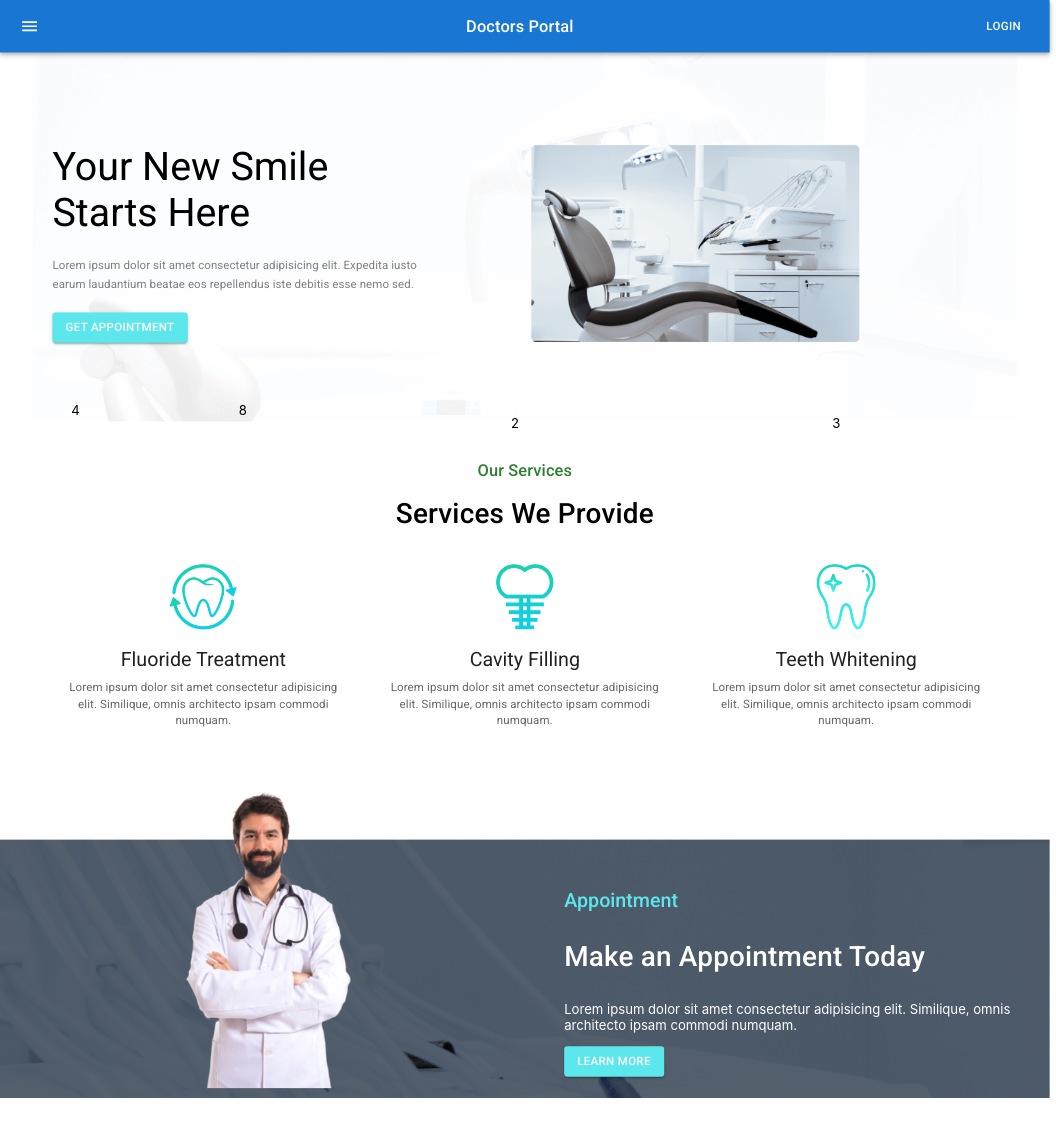
Repository: Sharif-00112/doctors-portal-client
Page: /
These files come from the project's save history. The page is drawn as it stood at one moment and after the next save; the edit follows.
The browser window is 1280 px wide. The page is 1288 px wide, so the pictures cover 1288 px, including what lies to the right of the window. The pictures show the whole page, at 82% of full size.
The project was rebuilt for these pictures with package versions that can differ from the ones it lists, and the page was loaded fresh each time.

Above is the page before, as saved 2022-11-01 23:05:41.

### public/index.html
<!DOCTYPE html>
<html lang="en">
  <head>
    <meta charset="utf-8" />
    <link rel="icon" href="%PUBLIC_URL%/favicon.ico" />
    <meta name="viewport" content="width=device-width, initial-scale=1" />
    <meta name="theme-color" content="#000000" />
    <meta
      name="description"
      content="Web site created using create-react-app"
    />
    <link
      rel="stylesheet" href="https://fonts.googleapis.com/css?family=Roboto:300,400,500,700&display=swap"
    />

    <link rel="apple-touch-icon" href="%PUBLIC_URL%/logo192.png" />
    <!--
      manifest.json provides metadata used when your web app is installed on a
      user's mobile device or desktop. See https://developers.google.com/web/fundamentals/web-app-manifest/
    -->
    <link rel="manifest" href="%PUBLIC_URL%/manifest.json" />
    <!--
      Notice the use of %PUBLIC_URL% in the tags above.
      It will be replaced with the URL of the `public` folder during the build.
      Only files inside the `public` folder can be referenced from the HTML.

      Unlike "/favicon.ico" or "favicon.ico", "%PUBLIC_URL%/favicon.ico" will
      work correctly both with client-side routing and a non-root public URL.
      Learn how to configure a non-root public URL by running `npm run build`.
    -->
    <title>React App</title>
  </head>
  <body>
    <noscript>You need to enable JavaScript to run this app.</noscript>
    <div id="root"></div>
    <!--
      This HTML file is a template.
      If you open it directly in the browser, you will see an empty page.

      You can add webfonts, meta tags, or analytics to this file.
      The build step will place the bundled scripts into the <body> tag.

      To begin the development, run `npm start` or `yarn start`.
      To create a production bundle, use `npm run build` or `yarn build`.
    -->
  </body>
</html>

### src/App.js
import './App.css';
import { BrowserRouter as Router, Route, Routes} from 'react-router-dom';
import Home from './Pages/Home/Home/Home';

function App() {
  return (
    <div className="App">
      <Router>
        {/* <Header></Header> */}
        <Routes>
          <Route exact path = '/' element={<Home/>}/>
          <Route exact path = '/home' element={<Home/>}/>
          <Route exact path = '*' element={<Home/>}/>
        </Routes>
        {/* <Footer></Footer> */}
      </Router>
    </div>
  );
}

export default App;

### src/Pages/Home/Home/Home.js
import React from 'react';
import Navigation from '../../Shared/Navigation/Navigation';
import AppointmentBanner from '../AppointmentBanner/AppointmentBanner';
import Banner from '../Banner/Banner';
import Services from '../Services/Services';

const Home = () => {
    return (
        <div>
            {/* <h2>This is Home</h2> */}
            <Navigation></Navigation>
            <Banner></Banner>
            <Services></Services>
            <AppointmentBanner></AppointmentBanner>
        </div>
    );
};

export default Home;

### src/Pages/Shared/Navigation/Navigation.js
import React from 'react';
import AppBar from '@mui/material/AppBar';
import Box from '@mui/material/Box';
import Toolbar from '@mui/material/Toolbar';
import Typography from '@mui/material/Typography';
import Button from '@mui/material/Button';
import IconButton from '@mui/material/IconButton';
import MenuIcon from '@mui/icons-material/Menu';

const Navigation = () => {
    return (
        <div>
            <Box sx={{ flexGrow: 1, pb:2 }}>
                <AppBar position="static">
                    <Toolbar>
                        <IconButton
                            size="large"
                            edge="start"
                            color="inherit"
                            aria-label="menu"
                            sx={{ mr: 2 }}
                        >
                            <MenuIcon />
                        </IconButton>
                        <Typography variant="h6" component="div" sx={{ flexGrow: 1 }}>
                            Doctors Portal
                        </Typography>
                        <Button color="inherit">Login</Button>
                    </Toolbar>
                </AppBar>
            </Box>
        </div>
    );
};

export default Navigation;

### src/Pages/Home/AppointmentBanner/AppointmentBanner.js
import React from 'react';
import Box from '@mui/material/Box';
import Grid from '@mui/material/Unstable_Grid2';
import Typography from '@mui/material/Typography';

import doctor from '../../../images/images/doctor.png'
import bg from '../../../images/images/appointment-bg.png'
import { Button } from '@mui/material';

const appointmentBanner = {
    background: `url(${bg})`,
    marginTop: 100,
    backgroundColor: 'rgba(45, 58, 74, 0.8)',
    backgroundBlendMode: 'darken, luminosity'
}

const AppointmentBanner = () => {
    return (
        <div>
            <Box style={appointmentBanner} sx={{ flexGrow: 1, mb:5 }}>
                <Grid container spacing={2}>
                    <Grid xs={12} md={6}>
                        <img
                           style={{width: 400, marginTop: '-105px' }}
                        src={doctor} alt="" />
                    </Grid>

                    <Grid xs={12} md={6} sx={{
                        display: 'flex',
                        justifyContent: 'flex-start',
                        textAlign: 'left',
                        alignItems: 'center'
                        }}>
                        <Box sx={{pl: 5}}>
                            <Typography sx={{ mb: 2, mt: 4, fontWeight: 500 }} style={{color: '#5CE7ED'}} variant="h5" component="div">
                                Appointment
                            </Typography>
                            <Typography sx={{ mb: 2, mt: 4, fontWeight: 500 }} style={{color: 'white'}} variant="h4" component="div">
                                Make an Appointment Today
                            </Typography>
                            <Typography sx={{ mb: 2, mt: 4 }} style={{color: 'white'}} variant="" component="div">
                                Lorem ipsum dolor sit amet consectetur adipisicing elit. Similique, omnis architecto ipsam commodi numquam.
                            </Typography>
                            <Button variant="contained" style={{backgroundColor: '#5CE7ED'}}>Learn More</Button>
                        </Box>
                    </Grid>
                </Grid>
            </Box>
        </div>
    );
};

export default AppointmentBanner;

### src/Pages/Home/Banner/Banner.js
import React from 'react';
import Grid from '@mui/material/Grid';
import Typography from '@mui/material/Typography';
import { Box, Button, Container } from '@mui/material';

import chair from '../../../images/images/chair.png';
import bnBg from '../../../images/images/bg.png';

const bannerBg = {
    background: `url(${bnBg})`
}

const verticalCenter = {
    display: 'flex',
    alignItems: 'center',
    height: 450
}

const Banner = () => {
    return (
        <div>
            <Container style={bannerBg} sx={{ flexGrow: 1 }}>
                <Grid container spacing={2}>
                    <Grid item style={{ ...verticalCenter, textAlign: 'left'}} xs={12} md={6}>
                        <Box>
                            <Typography sx={{ }} style={{color: 'black'}} variant="h3" component="div">
                                Your New Smile <br />
                                Starts Here
                            </Typography>
                            <Typography sx={{ my: 3, pr: 15, fontSize: 14, fontWeight: 400, color: 'gray'}} variant="h6" component="div">
                                Lorem ipsum dolor sit amet consectetur adipisicing elit. Expedita iusto earum laudantium beatae eos repellendus iste debitis esse nemo sed.
                            </Typography>
                            <Button variant="contained" style={{backgroundColor: '#5CE7ED'}}>Get Appointment</Button>
                        </Box>
                    </Grid>
                    <Grid item xs={12} md={6} style={verticalCenter}>
                        <img style={{ width: '400px'}} src={chair} alt="" />
                    </Grid>
                </Grid>
            </Container>

            <Container sx={{ flexGrow: 1 }}>
                <Grid container rowSpacing={1} columnSpacing={{ xs: 1, sm: 2, md: 3 }}>
                    <Grid xs={4}>
                        <Grid container spacing={2}>
                            <Grid xs={4}>
                            4
                            </Grid>
                            <Grid xs={8}>
                            8
                            </Grid>
                        </Grid>
                    </Grid>
                    <Grid xs={4}>
                    2
                    </Grid>
                    <Grid xs={4}>
                    3
                    </Grid>
                </Grid>
            </Container>
        </div>
    );
};

export default Banner;

### src/Pages/Home/Services/Services.js
import React from 'react';
import Box from '@mui/material/Box';
import Grid from '@mui/material/Unstable_Grid2';
import Typography from '@mui/material/Typography';
import { Container } from '@mui/material';
import Service from '../Service/Service';

import fluoride from '../../../images/images/fluoride.png';
import cavity from '../../../images/images/cavity.png'
import whitening from '../../../images/images/whitening.png'

const services = [
    {
        name: 'Fluoride Treatment',
        description: 'Lorem ipsum dolor sit amet consectetur adipisicing elit. Similique, omnis architecto ipsam commodi numquam.',
        img: fluoride
    },
    {
        name: 'Cavity Filling',
        description: 'Lorem ipsum dolor sit amet consectetur adipisicing elit. Similique, omnis architecto ipsam commodi numquam.',
        img: cavity
    },
    {
        name: 'Teeth Whitening',
        description: 'Lorem ipsum dolor sit amet consectetur adipisicing elit. Similique, omnis architecto ipsam commodi numquam.',
        img: whitening
    }
]

const Services = () => {
    return (
        <div>
            <Box sx={{ flexGrow: 1 }}>
                <Container>
                    <Typography sx={{ mb: 2, mt: 4, fontWeight: 500, color: 'success.main' }} variant="h6" component="div">
                        Our Services
                    </Typography>
                    <Typography sx={{ mb: 3, fontWeight: 500 }} variant="h4" component="div">
                        Services We Provide
                    </Typography>

                    <Grid container spacing={{ xs: 2, md: 3 }} columns={{ xs: 4, sm: 8, md: 12 }}>
                        {
                            services.map(service => (
                                <Grid xs={2} sm={4} md={4} key={service.name}>
                                <Service
                                    key = {service.name}
                                    service = {service}
                                ></Service>
                            </Grid>
                            ))
                        }
                    </Grid>
                </Container>
            </Box>
        </div>
    );
};

export default Services;

### src/Pages/Home/Service/Service.js
import React from 'react';
import Card from '@mui/material/Card';
// import CardActions from '@mui/material/CardActions';
import CardContent from '@mui/material/CardContent';
// import Button from '@mui/material/Button';
import Typography from '@mui/material/Typography';
import CardMedia from '@mui/material/CardMedia';

const Service = (props) => {
    const {name, description, img} = props.service
    return (
        <div>
            <Card sx={{ minWidth: 275, border: 0, boxShadow: 0, mt: 1.5 }}>
                <CardMedia
                    component="img"
                    style={{width: 'auto', height: '80px', margin: '4px auto'}}
                    image={img}
                    alt={name}
                />
                <CardContent>
                    <Typography sx={{ mb: 1 }} variant="h5" component="div">
                        {name}
                    </Typography>
                    <Typography sx={{ mb: 1.5 }} variant="body2" color="text.secondary">
                        {description}
                    </Typography>
                </CardContent>
                {/* <CardActions>
                    <Button size="small">Learn More</Button>
                </CardActions> */}
            </Card>
        </div>
    );
};

export default Service;

Loaded but not shown: src/index.js (common file); src/index.css (common file); src/reportWebVitals.js (common file); src/App.css (common file)

After the next save:
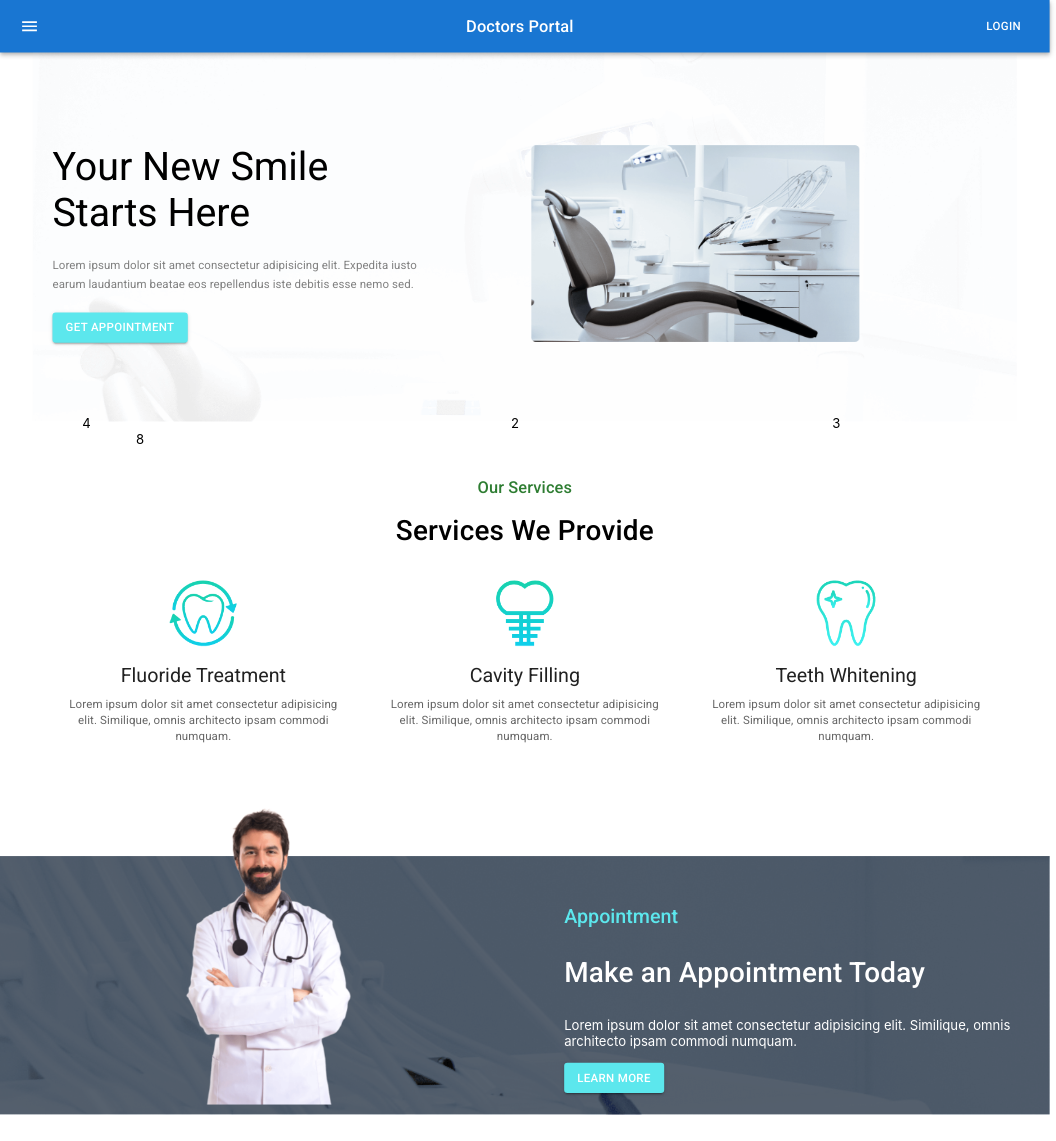
Saved 36 s later.
--- a/src/Pages/Home/Banner/Banner.js
+++ b/src/Pages/Home/Banner/Banner.js
@@ -42,14 +42,14 @@
             <Container sx={{ flexGrow: 1 }}>
                 <Grid container rowSpacing={1} columnSpacing={{ xs: 1, sm: 2, md: 3 }}>
                     <Grid xs={4}>
-                        <Grid container spacing={2}>
+                        {/* <Grid container spacing={2}> */}
                             <Grid xs={4}>
                             4
                             </Grid>
                             <Grid xs={8}>
                             8
                             </Grid>
-                        </Grid>
+                        {/* </Grid> */}
                     </Grid>
                     <Grid xs={4}>
                     2

After the save that followed:
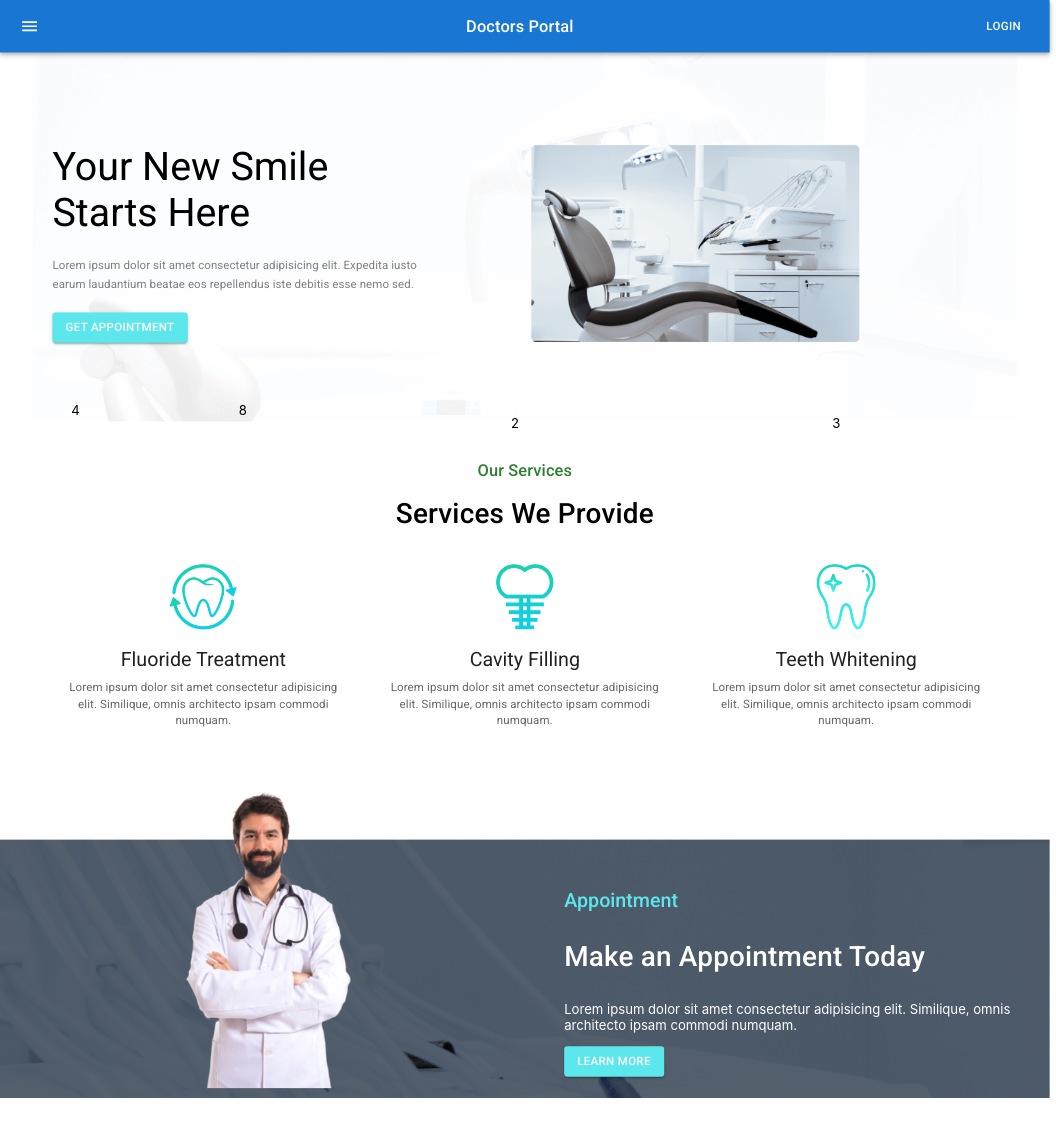
Saved 22 s later.
--- a/src/Pages/Home/Banner/Banner.js
+++ b/src/Pages/Home/Banner/Banner.js
@@ -42,14 +42,14 @@
             <Container sx={{ flexGrow: 1 }}>
                 <Grid container rowSpacing={1} columnSpacing={{ xs: 1, sm: 2, md: 3 }}>
                     <Grid xs={4}>
-                        {/* <Grid container spacing={2}> */}
+                        <Grid container spacing={2}>
                             <Grid xs={4}>
                             4
                             </Grid>
                             <Grid xs={8}>
                             8
                             </Grid>
-                        {/* </Grid> */}
+                        </Grid>
                     </Grid>
                     <Grid xs={4}>
                     2
